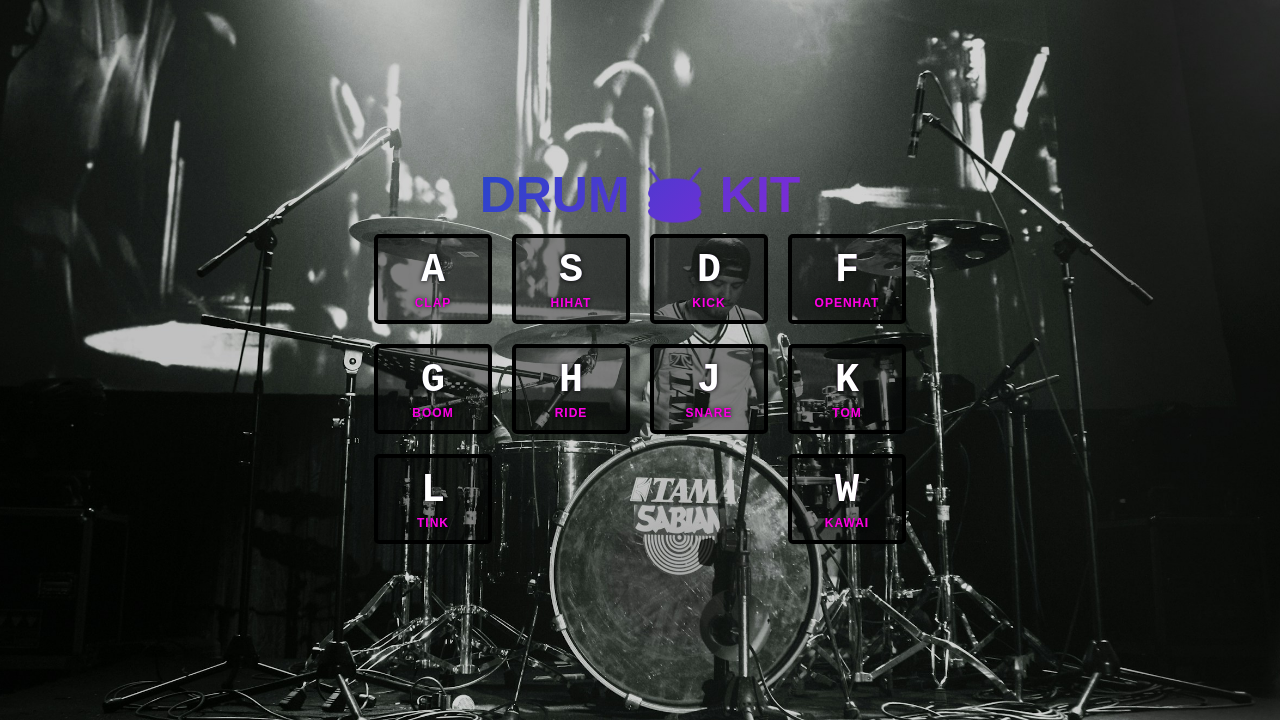
Repository: Freezler/drumkitJS
Page: index.html
An editor plug-in stored every save of this project. The page is shown before and after the next save, followed by the edit.
The browser window is 1280 px wide. The pictures show the whole page.

Above is the page before, as saved 2024-08-23 23:31:11.

### index.html
<!DOCTYPE html>
<html lang="en">

<head>
  <meta charset="UTF-8">
  <title>JS Drum Kit</title>
  <link rel="stylesheet" href="style.css">
  <link rel="icon" href="https://fav.farm/🔥" />
</head>

<body>
  <main>

    <h1>Drum 🥁 Kit</h1`>

    <div class="keys">
      <div data-key="65" class="key">
        <kbd>A</kbd>
        <span class="sound">clap</span>
      </div>
      <div data-key="83" class="key">
        <kbd>S</kbd>
        <span class="sound">hihat</span>
      </div>
      <div data-key="68" class="key">
        <kbd>D</kbd>
        <span class="sound">kick</span>
      </div>
      <div data-key="70" class="key">
        <kbd>F</kbd>
        <span class="sound">openhat</span>
      </div>
      <div data-key="71" class="key">
        <kbd>G</kbd>
        <span class="sound">boom</span>
      </div>
      <div data-key="72" class="key">
        <kbd>H</kbd>
        <span class="sound">ride</span>
      </div>
      <div data-key="74" class="key">
        <kbd>J</kbd>
        <span class="sound">snare</span>
      </div>
      <div data-key="75" class="key">
        <kbd>K</kbd>
        <span class="sound">tom</span>
      </div>
      <div data-key="76" class="key">
        <kbd>L</kbd>
        <span class="sound">tink</span>
      </div>
      <div data-key="87" class="key">
        <kbd>W</kbd>
        <span class="sound">kawai</span>
      </div>
    </div>
  </main>

  <audio data-key="65" src="sounds/clap.wav"></audio>
  <audio data-key="83" src="sounds/hihat.wav"></audio>
  <audio data-key="68" src="sounds/kick.wav"></audio>
  <audio data-key="70" src="sounds/openhat.wav"></audio>
  <audio data-key="71" src="sounds/boom.wav"></audio>
  <audio data-key="72" src="sounds/ride.wav"></audio>
  <audio data-key="74" src="sounds/snare.wav"></audio>
  <audio data-key="75" src="sounds/tom.wav"></audio>
  <audio data-key="76" src="sounds/tink.wav"></audio>
  <audio data-key="87" src="sounds/kawai.wav"></audio>


  <script>
    function removeTransition(event) {
      const { propertyName } = event;
      if (propertyName !== 'transform') return;
      event.target.classList.remove('playing');
    }

    function playSound(event) {
      const keyCode = event.type === 'keydown' ? event.keyCode : this.getAttribute('data-key');
      const audio = document.querySelector(`audio[data-key="${keyCode}"]`);
      const key = document.querySelector(`.key[data-key="${keyCode}"]`);
      if (!audio) return;
      key.classList.add('playing');
      audio.currentTime = 0;
      audio.play();
    }

    window.addEventListener('keydown', playSound);

    const keys = document.querySelectorAll('.key');
    keys.forEach(key => {
      key.addEventListener('transitionend', removeTransition);
      key.addEventListener('click', playSound);
    });
  </script>


</body>

</html>

### style.css
html {
  font-size: 10px;
  background: url('./background2.jpg') bottom center;
  background-size: cover;
  background-repeat: no-repeat;
  height: 100vh;
  user-select: none;
}

body,
html {
  margin: 0;
  padding: 0;
  font-family: sans-serif;
}
h1 {
  padding-inline: 2rem;
  text-align: center;
  color: white;
  background-image: linear-gradient(135deg, #064fc5 0%
,#f109e9 100%);
  color: transparent;
  background-clip: text;
  -webkit-background-clip: text;
  text-transform: uppercase;
  font-size: 5rem;
}
main {
  place-self: center;
  display: grid;
  place-items: center;
  height: 100vh;
  place-content: center;
  text-align: center;
  width: 100vw;
  transition: all 0.2s;
}

.keys {
  display: grid;
  grid-row: auto;
  grid-template-columns: repeat(3, 1fr);


}

.key {
  border: .4rem solid black;
  border-radius: .5rem;
  margin: 1rem;
  font-size: 1.5rem;
  padding: 1rem .5rem;
  transition: all .07s ease;
  width: 10rem;
  text-align: center;
  color: white;
  background: rgba(0, 0, 0, 0.4);
  text-shadow: 0 0 .5rem black;
}
@media screen and (min-width: 1000px) {
  .keys {
    grid-template-columns: repeat(4, 1fr); /* Wrap into 2 columns on large screens */
    .key[data-key="87"] {
      place-content: center;
      grid-column: 4;
      grid-row: 3;
    }
  }

}


@media screen and (max-width: 800px) {
  .keys {
    grid-template-columns: repeat(3, 1fr); /* Wrap into 3 columns on medium screens */
  }

}

@media screen and (max-width: 600px) {
  .keys {
    grid-template-columns: repeat(2, 1fr); /* Wrap into 2 columns on small screens */
  }
}

@media screen and (max-width: 400px) {
  .keys {
    grid-template-columns: 1fr; /* Wrap into 1 column on very small screens */
  }
}

.key[data-key="87"] {
  place-content: center;
  grid-column: 2;
  grid-row: 4;
}

.playing {
  transform: scale(1.1);
  border-color: #ff00e1;
  box-shadow: 0 0px 1git 4px 0px#ff00e1;
}

kbd {
  display: block;
  font-size: 4rem;
}

.sound {
  font-size: 1.2rem;
  text-transform: uppercase;
  letter-spacing: .1rem;
  color: #ff00e1;
}

After the next save:
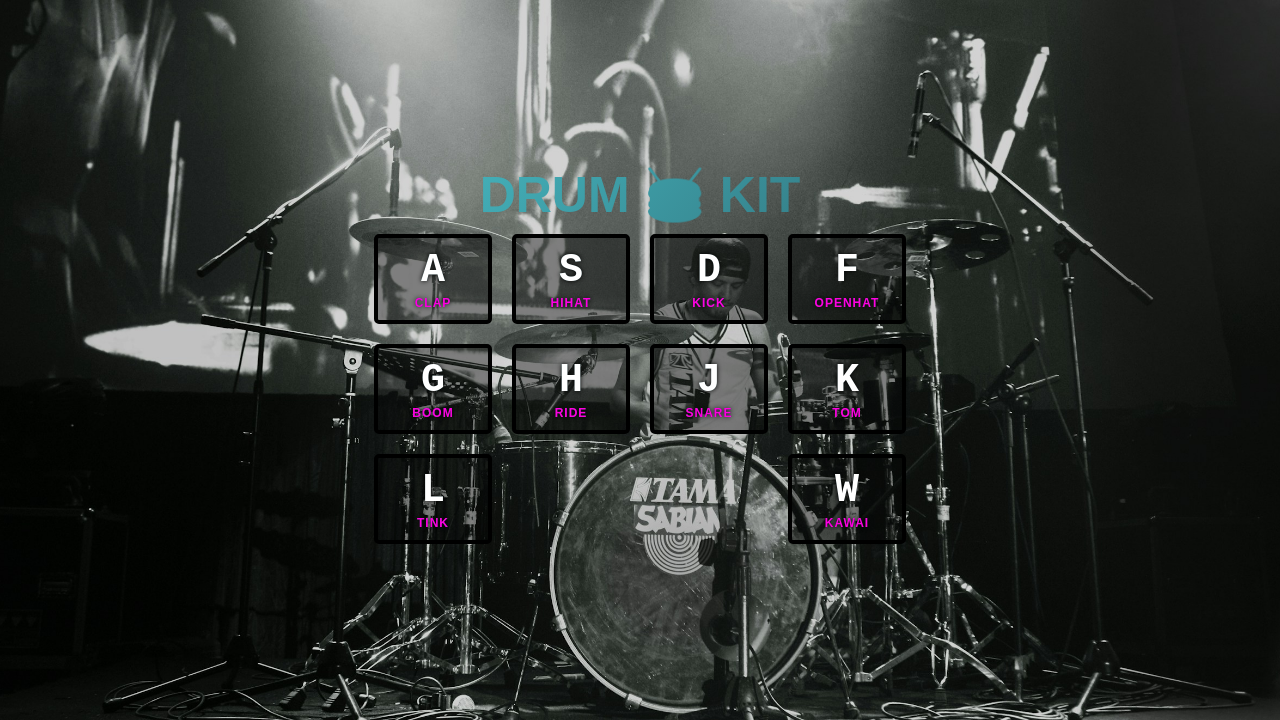
Saved 4 min 23 s later.
--- a/style.css
+++ b/style.css
@@ -1,3 +1,17 @@
+:root {
+  --000: #f0fbfa;
+  --100: #d8f5f5;
+  --200: #b5eaec;
+  --300: #63cfd5;
+  --400: #48bfc8;
+  --500: #2da2ad;
+  --600: #288492;
+  --700: #266b78;
+  --800: #275963;
+  --900: #254a54;
+  --950: #133039;
+}
+
 html {
   font-size: 10px;
   background: url('./background2.jpg') bottom center;
@@ -13,18 +27,19 @@
   padding: 0;
   font-family: sans-serif;
 }
+
 h1 {
   padding-inline: 2rem;
   text-align: center;
   color: white;
-  background-image: linear-gradient(135deg, #064fc5 0%
-,#f109e9 100%);
+  background-image: linear-gradient(135deg, var(--400) 0%, var(--900) 100%);
   color: transparent;
   background-clip: text;
   -webkit-background-clip: text;
   text-transform: uppercase;
   font-size: 5rem;
 }
+
 main {
   place-self: center;
   display: grid;
@@ -57,9 +72,12 @@
   background: rgba(0, 0, 0, 0.4);
   text-shadow: 0 0 .5rem black;
 }
+
 @media screen and (min-width: 1000px) {
   .keys {
-    grid-template-columns: repeat(4, 1fr); /* Wrap into 2 columns on large screens */
+    grid-template-columns: repeat(4, 1fr);
+
+    /* Wrap into 2 columns on large screens */
     .key[data-key="87"] {
       place-content: center;
       grid-column: 4;
@@ -72,20 +90,23 @@
 
 @media screen and (max-width: 800px) {
   .keys {
-    grid-template-columns: repeat(3, 1fr); /* Wrap into 3 columns on medium screens */
+    grid-template-columns: repeat(3, 1fr);
+    /* Wrap into 3 columns on medium screens */
   }
 
 }
 
 @media screen and (max-width: 600px) {
   .keys {
-    grid-template-columns: repeat(2, 1fr); /* Wrap into 2 columns on small screens */
+    grid-template-columns: repeat(2, 1fr);
+    /* Wrap into 2 columns on small screens */
   }
 }
 
 @media screen and (max-width: 400px) {
   .keys {
-    grid-template-columns: 1fr; /* Wrap into 1 column on very small screens */
+    grid-template-columns: 1fr;
+    /* Wrap into 1 column on very small screens */
   }
 }
 
